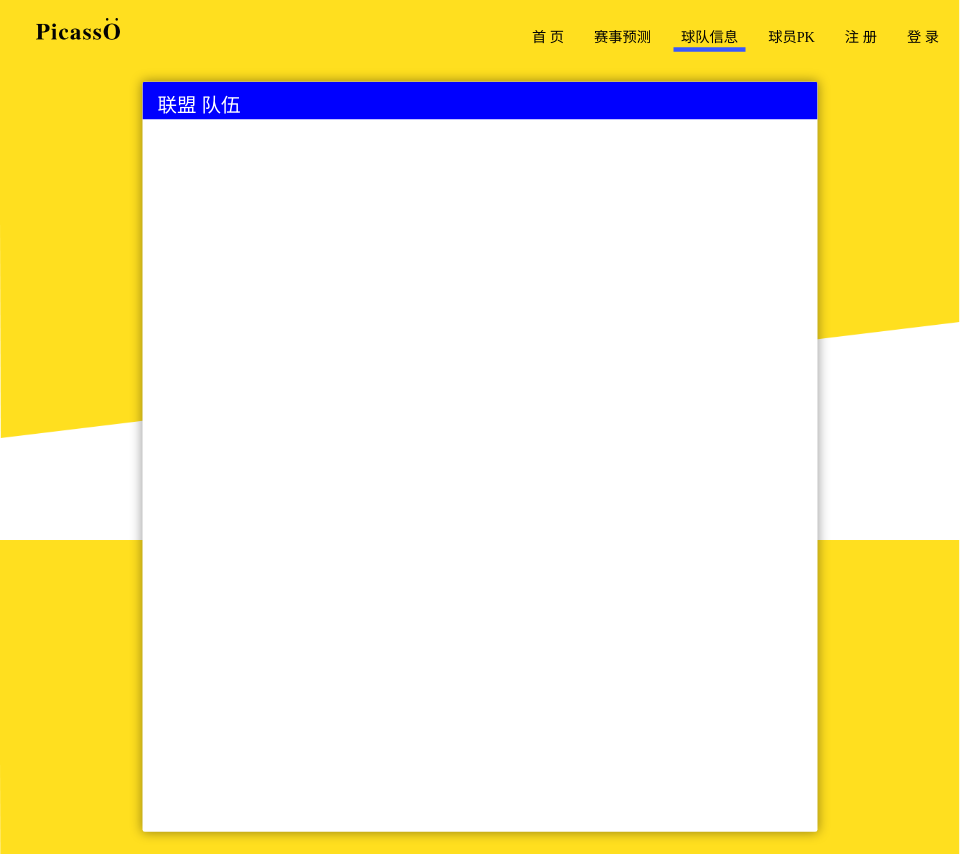
Repository: cciixx/nba-prediction-sys
Page: public/team_index.html
An editor plug-in stored every save of this project. The page is shown before and after the next save, followed by the edit.
The browser window is 1280 px wide. The pictures show the whole page, at 75% of full size.
The page's requests for data from a server got no answer. Backgrounds fixed to the window are drawn as part of the page.

Above is the page before, as saved 2020-03-20 22:00:10.

### public/team_index.html
<!DOCTYPE html>
<html>
  <head>
    <meta charset="utf-8" />
    <script type="text/javascript" src="/javascripts/jquery-3.4.1.js"></script>
    <title>NBA预测系统</title>
    <link href="/stylesheets/navl.css" rel="stylesheet" type="text/css" />
    <link href="/stylesheets/team_index.css" rel="stylesheet" type="text/css" />
    <style>
      body {
        background-image: url(images/half_yellow.png);
      }

      body,
      td,
      th {
        font-family: "方正小标宋简体";
      }
    </style>
  </head>

  <body>
    <div class="header">
      <ul class="navl">
        <li><a href="login.html">登 录</a></li>
        <li><a href="register.html">注 册</a></li>
        <li><a href="PK_index.html">球员PK</a></li>
        <li style="border-bottom: 6px solid #3a59fd;">
          <a href="team_index.html">球队信息</a>
        </li>
        <li><a href="predict.html">赛事预测</a></li>
        <li><a href="first.html">首 页</a></li>
        <img src="/images/logo.png" />
      </ul>
    </div>

    <div class="wrapper">
      <div class="team_bg">
        <div class="list-title" , id="title">
          <div style="padding: 10px;"><span>联盟 队伍</span></div>
        </div>

        <!-- <div class="A_team">
                    <img src="images/ATL.png">
                    <div class="name_T">亚特兰大 老鹰队</div>
                </div>
    </div> -->

        <script>
          window.onload = function() {
            $.ajax({
              url: "http://localhost:3000/team_index",
              type: "get",
              dataType: "json",
              success: function(data) {
                for (var i = 0; i < data.length; i++) {
                  var img_src;
                  var team_name;
                  img_src = data[i].logo_path;
                  team_name = data[i].names;
                  $("#title").append(
                    "<div class='A_team'><img src='" +
                      img_src +
                      "'> <div class='name_T'>" +
                      team_name +
                      "</div></div>"
                  );
                }
              }
            });
          };
        </script>
      </div>
    </div>
  </body>
</html>

### public/stylesheets/navl.css
/* CSS Document */
body{
	background-repeat: no-repeat;
	background-position: top;
	background-size: 100%, 100%;
	background-attachment: fixed;
}
.header{
    overflow: hidden;
}
.btn{
	background: #3a59fd;
	font-family: '方正小标宋简体';
	color: white;
}
.navl ul{
	margin: 30px;
	width: 600px;
	height: 300px;
	color: #030303;
	position: absolute;
	top: 10px;
}
.navl li{
		height: 29px;
		width: fit-content;
		margin: 10px;
		list-style: none;
		float: right;
}
.navl img{
	float: left;
	height: 29px;
}
.navl a{
	margin: 0px 10px;
	color:#030303;
	text-align: left;
	text-decoration: none;
	font-size: 19px;
}
.wrapper{
    width: 100%;
}

### public/stylesheets/team_index.css
.team_bg{
    overflow: hidden;
    width: 900px;
    height: 1000px;
    margin: 30px auto;
	/* font-size: 26px; */
	background: white;
	border: 0 none;
    border-radius: 3px;
    box-shadow: 0 0 15px 1px rgba(0, 0, 0, 0.4);
    box-sizing: border-box;
}
.list-title{
    background-color: blue;
    height: 50px;
    text-align: left;
}
.list-title span{
    margin-left: 10px;
    color: white;
    font-size: 26px;
}
.A_team{
    margin: 30px;
    width: 25%;
    text-align: center;
    float: left;
}
.A_team .name_T{
    padding-top: 10px;
    font-size: 20px;
    margin: 0 auto;
}
.A_team img{
    float: left;
    width: 50px;
    height: 50px;

}
    /* }
.team_table {
    margin: 20px;
}
.team_table td{
    padding-left: 20px;
}
.team_table img{
    width: 50px;
    height: 50px;
} */

Loaded but not shown: public/javascripts/jquery-3.4.1.js (library)

After the next save:
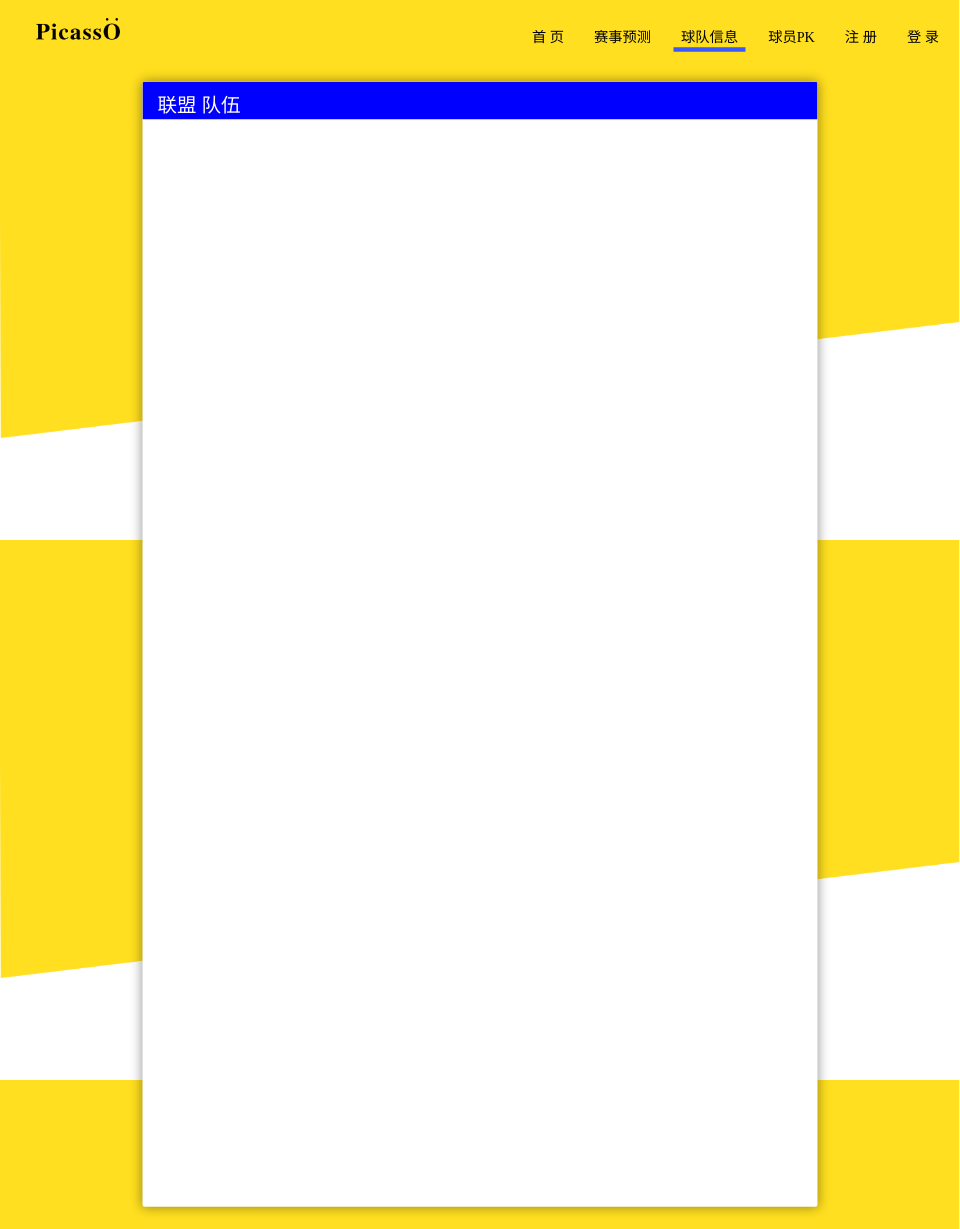
Saved 40 s later.
--- a/public/stylesheets/team_index.css
+++ b/public/stylesheets/team_index.css
@@ -1,7 +1,7 @@
 .team_bg{
     overflow: hidden;
     width: 900px;
-    height: 1000px;
+    height: 1500px;
     margin: 30px auto;
 	/* font-size: 26px; */
 	background: white;
